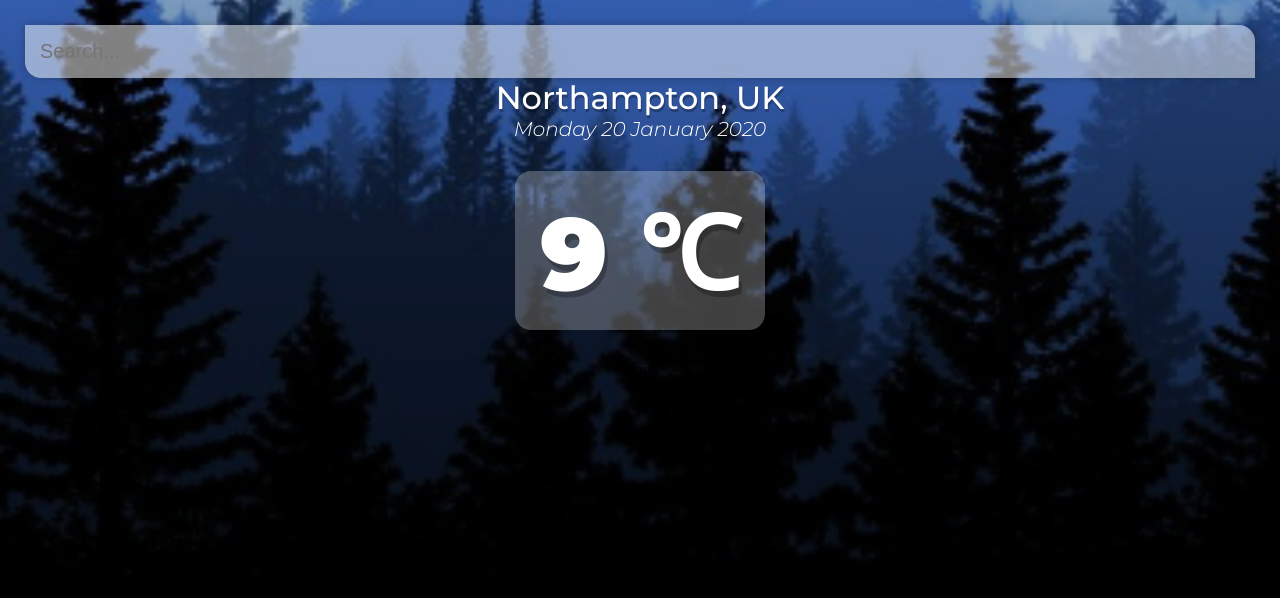
Repository: AbApin/vue-simple-weather-app
Page: /
An editor plug-in stored every save of this project. The page is shown before and after a run of saves, followed by the edit.
The browser window is 1280 px wide. The pictures show the whole page.
The project was rebuilt for these pictures with package versions that can differ from the ones it lists, and the page was loaded fresh each time. Also part of the build but not shown: vue.config.js.

Above is the page before, as saved 2022-11-24 12:17:53.

After the next 2 saves:
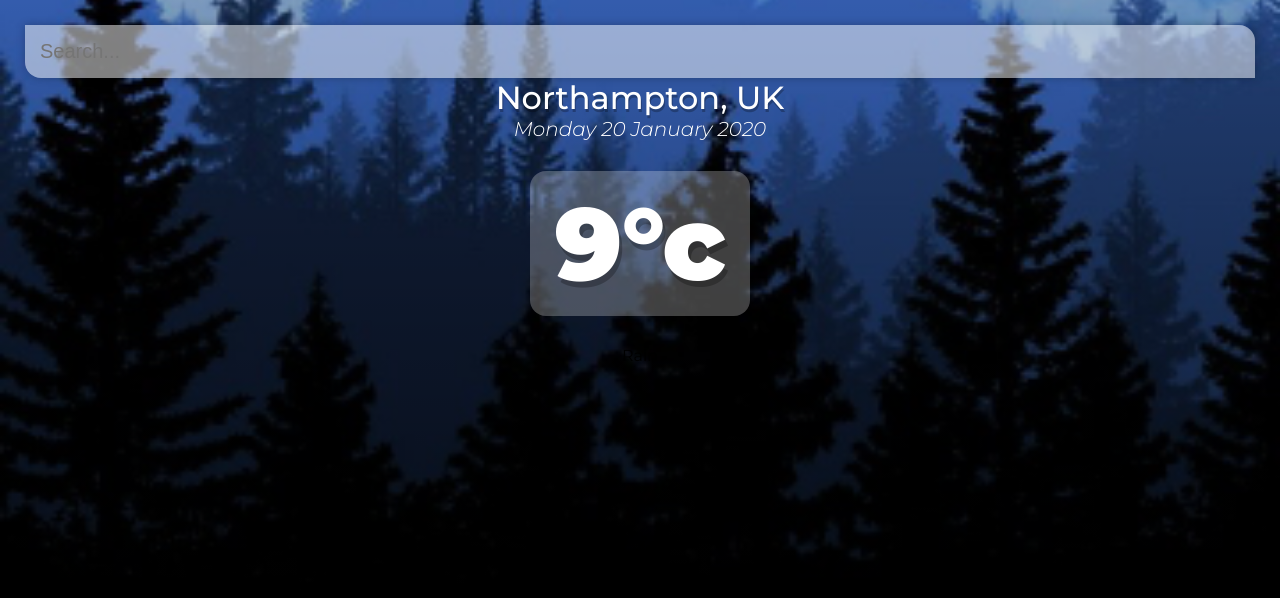
The 2 saves are shown as one change because they came seconds apart.
The last was saved 3 min 15 s later.
--- a/src/App.vue
+++ b/src/App.vue
@@ -13,7 +13,7 @@
       </div>
 
       <div class="weather-box">
-        <p class="temp">9 ℃</p>
+        <p class="temp">9°c</p>
         <p class="weather">Rain</p>
       </div>
     </main>
